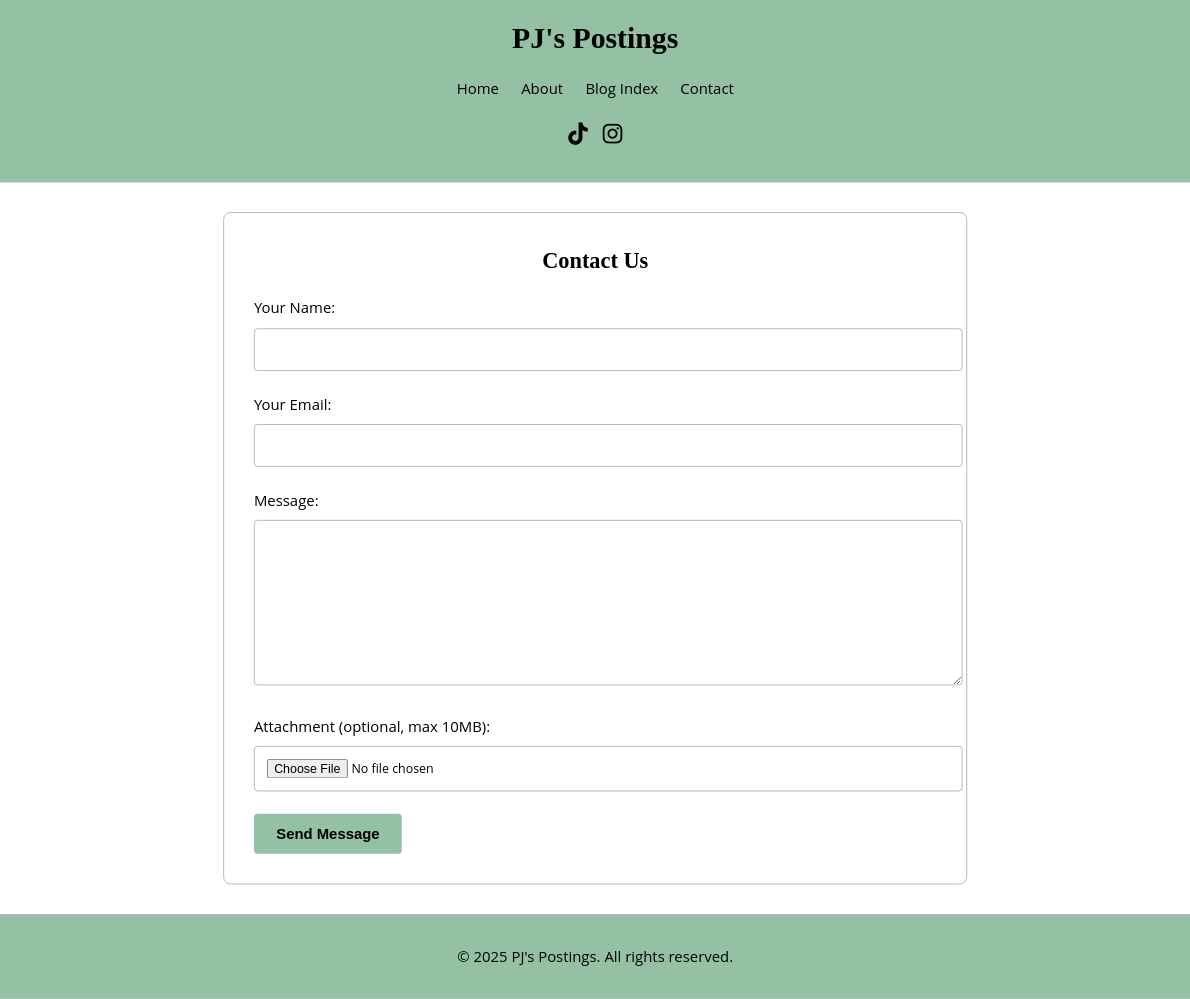
Repository: pjpatrick071/pjpatrick071.github.io
Page: contact.html
The author's editor kept a copy of each file at every save. The page is drawn from the files as they stood at one save, then again after the next save.
The browser window is 1280 px wide. The pictures show the whole page, at 93% of full size.
Some web fonts or font styles are not loaded; a fallback is used.

Above is the page before, as saved 2025-04-03 00:22:24.

After the next save:
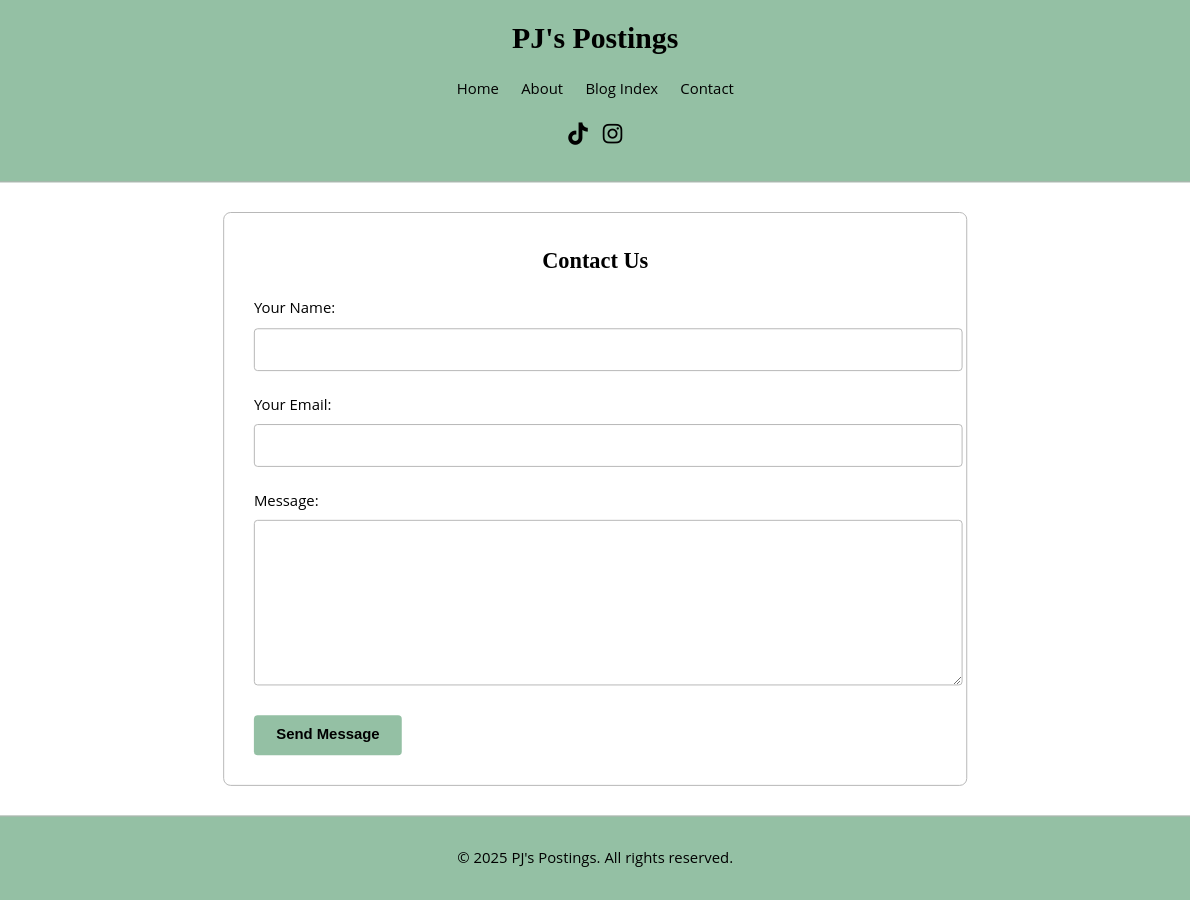
Saved 74 s later.
--- a/contact.html
+++ b/contact.html
@@ -219,11 +219,6 @@
                 <div class="form-group">
                     <label for="message">Message:</label>
                     <textarea id="message" name="message" required></textarea>
-                </div>
-
-                <div class="form-group">
-                    <label for="upload">Attachment (optional, max 10MB):</label>
-                    <input type="file" id="upload" name="file">
                 </div>
 
                 <button type="submit" class="submit-btn">Send Message</button>
